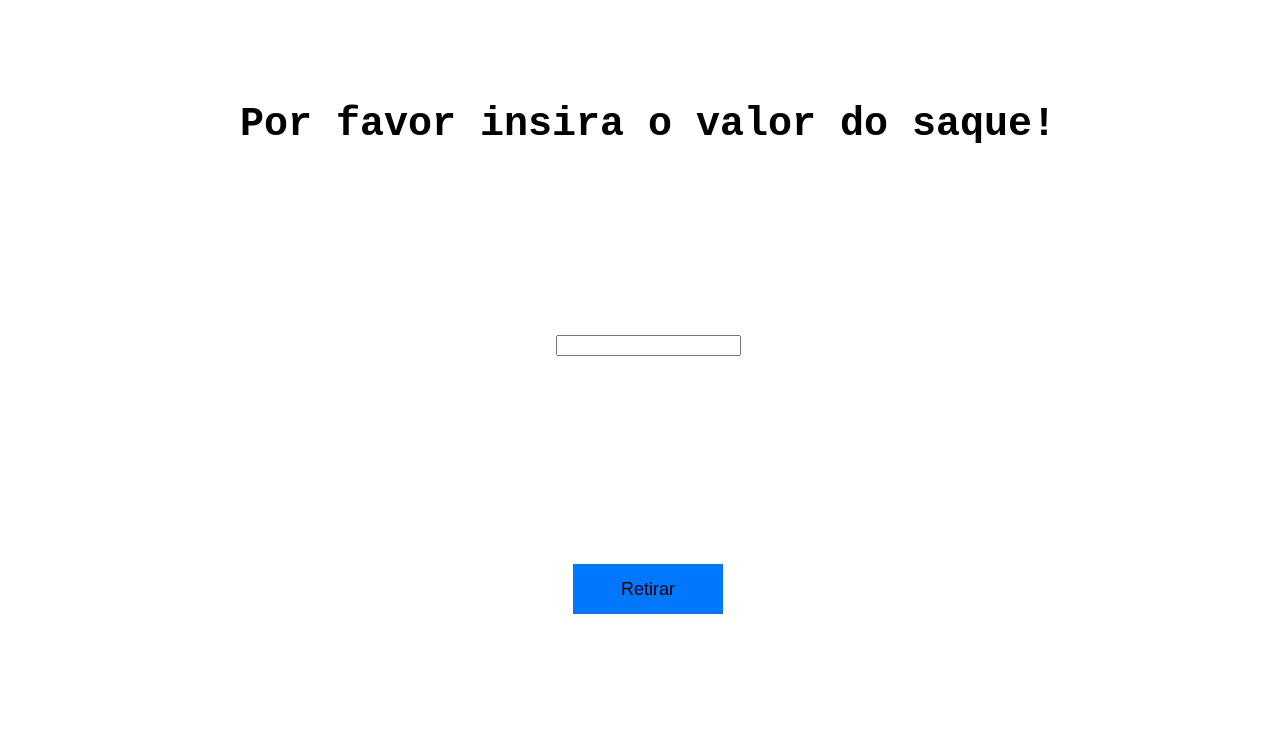
Repository: tkosudi/test-evlos
Page: index.html
The author's editor kept a copy of each file at every save. The page is drawn from the files as they stood at one save, then again after the next save.
The browser window is 1280 px wide. The page is 1288 px wide, so the pictures cover 1288 px, including what lies to the right of the window. The pictures show the whole page.

Above is the page before, as saved 2021-09-03 11:38:16.

### index.html
<!DOCTYPE html>
<html lang="en">
  <head>
    <meta charset="UTF-8" />
    <meta http-equiv="X-UA-Compatible" content="IE=edge" />
    <meta name="viewport" content="width=device-width, initial-scale=1.0" />
    <link rel="stylesheet" href="styles.css" />
    <title>Document</title>
  </head>
  <body>
    <button id="withdraw_button">Retirar</button>
    <input type="number" id="inputData" />

    <div id="count_withdraw"></div>
  </body>
  <script src="./withdraw.js"></script>
</html>

### styles.css
body {
  height: 100vh;
  width: 100vw;
  display: flex;
  align-items: center;
  justify-content: space-around;
  flex-direction: column-reverse;
  font-family: monospace;
}

button {
  margin: 20px 0;
  width: 150px;
  height: 50px;
  font-size: large;
  background: #0077fc;
  border: none;
}

span {
  font-weight: bold;
  font-size: 40px;
  color: black;
}

### withdraw.js
const bills = {
  100: 1,
  50: 3,
  20: 4,
  10: 1,
  5: 3,
  2: 12,
  1: 10,
};

let responseWithdrawBills = {
  100: 0,
  50: 0,
  20: 0,
  10: 0,
  5: 0,
  2: 0,
  1: 0,
};

const billsArray = Object.keys(bills)
  .reverse()
  .map((item) => parseInt(item));

let costumerBalance = 122.5;

const withdraw = (
  valorSaque,
  inputValue,
  withdrawBills = responseWithdrawBills
) => {
  if (inputValue <= 1) {
    return "Valor inválido! Saques à partir de R$1,00.";
  }

  if (valorSaque > costumerBalance) {
    return "Você não possui saldo para sacar este valor!";
  }

  if (valorSaque === 0) {
    const billValues = Object.keys(withdrawBills).filter((key) => {
      return withdrawBills[key] > 0;
    });

    let response = "Entregar ";
    for (let i = 0; i < billValues.length; i++) {
      response += `${withdrawBills[billValues[i]]} nota de R$${
        billValues[i]
      },00, `;
    }

    let res = response.slice(0, -2) + ".";

    for (let i = 0; i < billsArray.length; i++) {
      if (responseWithdrawBills[billsArray[i]] > 0) {
        responseWithdrawBills[billsArray[i]] = 0;
      }
    }
    return res;
  }

  for (let i = 0; i < billsArray.length; i++) {
    if (bills[billsArray[i]] > 0 && valorSaque >= billsArray[i]) {
      valorSaque -= billsArray[i];
      withdrawBills[billsArray[i]]++;
      costumerBalance -= billsArray[i];
      bills[billsArray[i]]--;
      return withdraw(valorSaque, withdrawBills);
    }
  }
};
// module.exports.withdraw = withdraw;
let response = document.getElementById("count_withdraw");
const span = document.createElement("span");
span.textContent = "Por favor insira o valor do saque!";
response.appendChild(span);

document.getElementById("withdraw_button").onclick = () => {
  document.getElementById("count_withdraw").innerHTML = "";
  let withdrawInputData = document.getElementById("inputData").value;
  span.textContent = withdraw(withdrawInputData, withdrawInputData);
  response.appendChild(span);
};

After the next save:
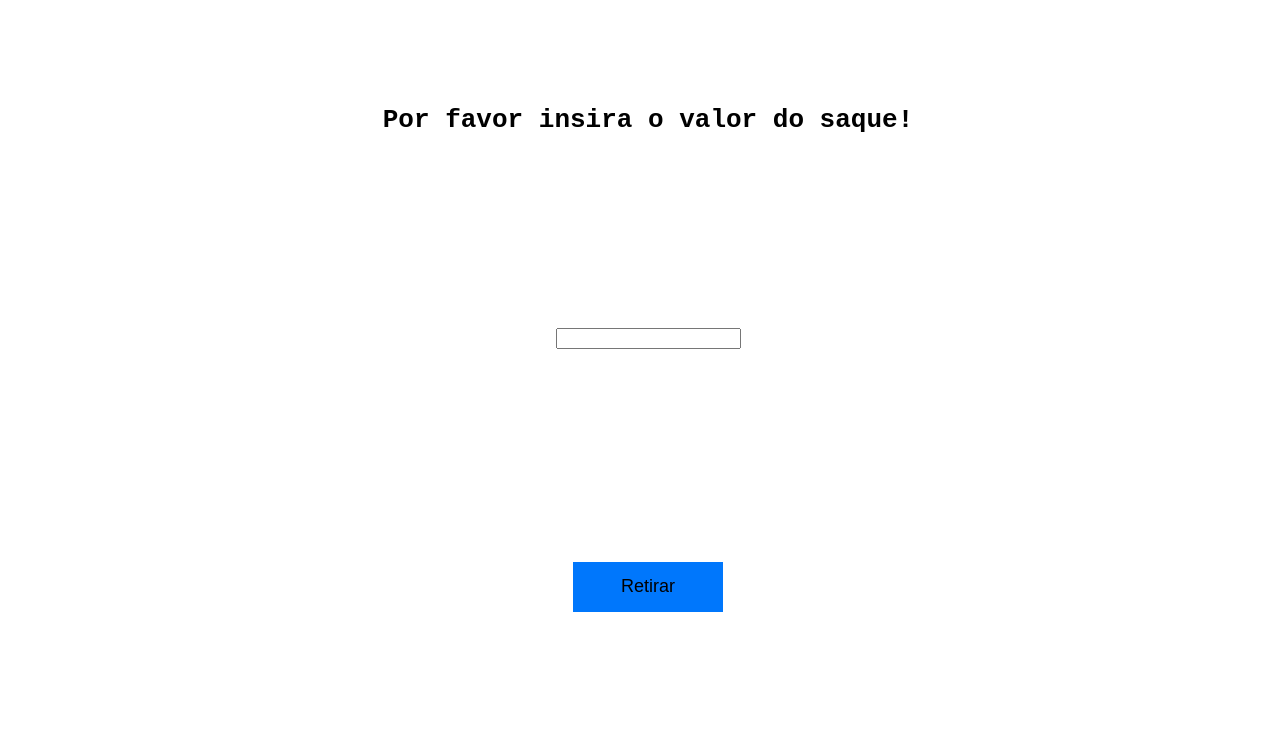
Saved 6 s later.
--- a/styles.css
+++ b/styles.css
@@ -19,6 +19,6 @@ button {
 
 span {
   font-weight: bold;
-  font-size: 40px;
+  font-size: 26px;
   color: black;
 }
